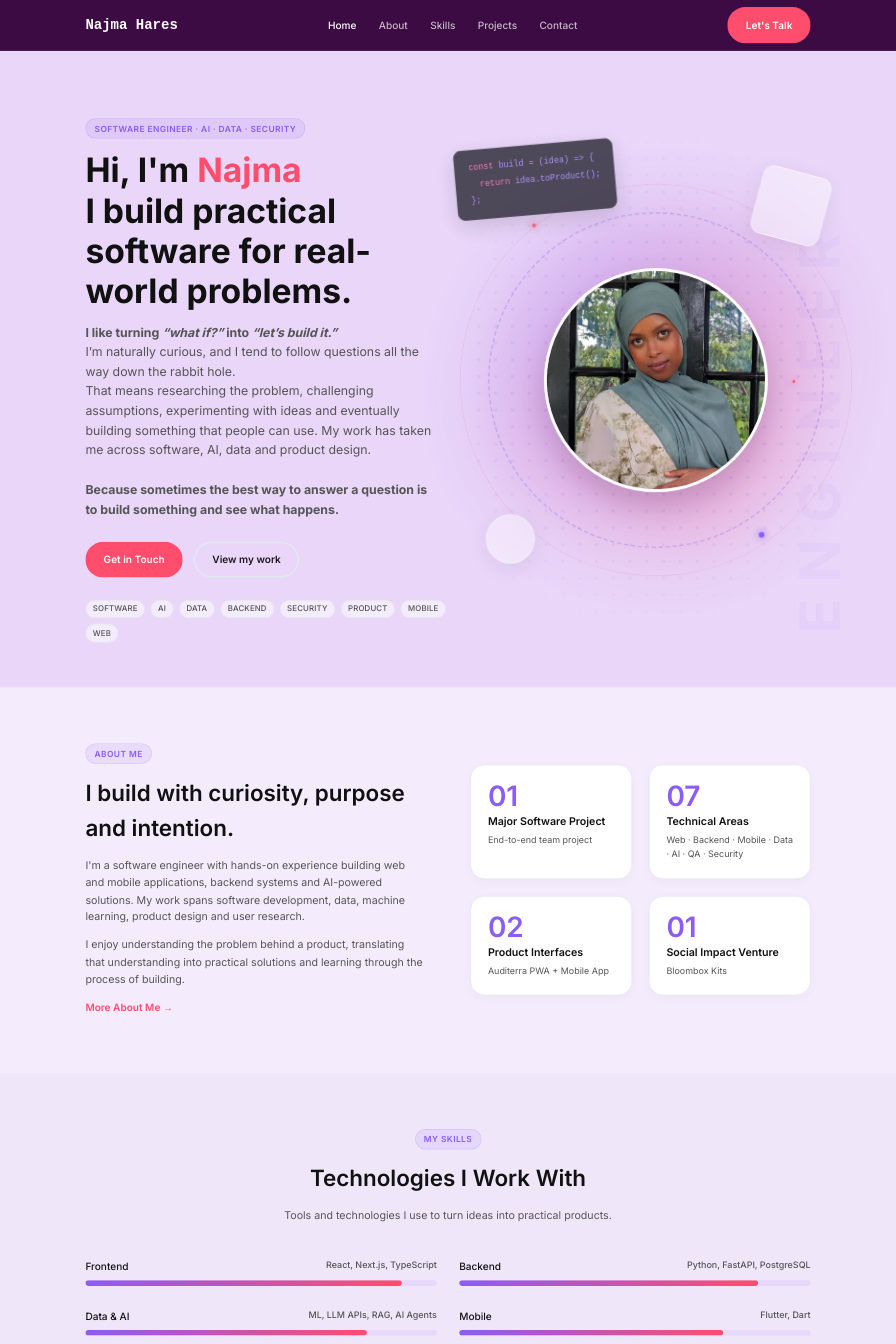
Repository: najmahares/portfolio
Page: index.html
These files come from the project's save history. The page is drawn as it stood at one moment and after the next save; the edit follows.
The browser window is 1280 px wide. The pictures show the part of the page from y = 0 to 1920 px (the page is 3469 px tall), at 70% of full size.

Above is the page before, as saved 2026-09-19 06:32:55.

### index.html
<!doctype html>
<html lang="en">
  <head>
    <meta charset="UTF-8" />
    <meta name="viewport" content="width=device-width, initial-scale=1.0" />
    <title>Najma Hares | Software Engineer</title>
    <link rel="preconnect" href="https://fonts.googleapis.com" />
    <link rel="preconnect" href="https://fonts.gstatic.com" crossorigin />
    <link
      href="https://fonts.googleapis.com/css2?family=Inter:wght@300;400;500;600;700&display=swap"
      rel="stylesheet"
    />
    <link rel="stylesheet" href="css/style.css" />
  </head>
  <body>
    <!-- Navbar -->
    <nav class="navbar">
      <div class="container nav-container">
        <a href="index.html" class="logo">Najma Hares</a>
        <div class="nav-links">
          <a href="index.html" class="active">Home</a>
          <a href="#about">About</a>
          <a href="#skills">Skills</a>
          <a href="#projects">Projects</a>
          <a href="#contact">Contact</a>
        </div>
        <a href="mailto:haresnajma@gmail.com" class="btn btn-primary magnetic"
          >Let's Talk</a
        >
      </div>
    </nav>

    <!-- Hero Section -->
    <section class="hero">
      <div class="container hero-grid">
        <div class="hero-content">
          <span class="badge reveal"
            >SOFTWARE ENGINEER · AI · DATA · SECURITY</span
          >
          <h1 class="reveal">
            Hi, I'm <span class="text-accent">Najma</span><br />I build
            practical software for real-world problems.
          </h1>
          <p class="hero-desc reveal">
            <strong
              >I like turning <i>“what if?”</i> into <i>“let’s build it.”</i>
            </strong>
            <br />
            I’m naturally curious, and I tend to follow questions all the way
            down the rabbit hole. <br />
            That means researching the problem, challenging assumptions,
            experimenting with ideas and eventually building something that
            people can use. My work has taken me across software, AI, data and
            product design.
            <br /><br />
            <strong
              >Because sometimes the best way to answer a question is to build
              something and see what happens.</strong
            >
          </p>
          <div class="hero-buttons reveal">
            <a href="#contact" class="btn btn-primary magnetic">Get in Touch</a>
            <a href="#projects" class="btn btn-outline magnetic"
              >View my work</a
            >
          </div>
          <div class="tech-stack reveal">
            <span class="badge-sm">Software</span>
            <span class="badge-sm">AI</span>
            <span class="badge-sm">Data</span>
            <span class="badge-sm">Backend</span>
            <span class="badge-sm">Security</span>
            <span class="badge-sm">Product</span>
            <span class="badge-sm">Mobile</span>
            <span class="badge-sm">Web</span>
          </div>
        </div>

                <!-- Hero Image Wrapper with Abstract Decorations -->
        <div class="hero-image-wrapper reveal">

          <!-- 1. Giant Background Typography -->
          <div class="bg-typography">ENGINEER</div>

          <!-- 2. Soft background glow -->
          <div class="image-glow-blob"></div>

          <!-- 3. Decorative concentric rings -->
          <div class="decor-ring ring-1"></div>
          <div class="decor-ring ring-2"></div>

          <!-- 4. Dot pattern -->
          <div class="decor-dot-pattern"></div>

          <!-- 5. Glassmorphism Tech Shapes -->
          <div class="glass-shape shape-square"></div>
          <div class="glass-shape shape-circle"></div>

          <!-- 6. Subtle blurred code snippet -->
          <div class="code-snippet">
            <span class="code-line"><span class="code-keyword">const</span> build = (idea) => {</span>
            <span class="code-line">&nbsp;&nbsp;<span class="code-keyword">return</span> idea.toProduct();</span>
            <span class="code-line">};</span>
          </div>

          <!-- 7. Floating Particles -->
          <div class="particle p-1"></div>
          <div class="particle p-2"></div>
          <div class="particle p-3"></div>

          <!-- The actual image -->
          <div class="avatar-graphic tilt-card">
            <img
              src="assets/portfolio_image.jpg"
              alt="Najma Hares"
              class="hero-img"
            />
          </div>
        </div>
    </section>

    <!-- About & Stats -->
    <section id="about" class="section">
      <div class="container about-grid">
        <div class="about-text reveal">
          <span class="badge">ABOUT ME</span>
          <h2>I build with curiosity, purpose and intention.</h2>
          <p>
            I'm a software engineer with hands-on experience building web and
            mobile applications, backend systems and AI-powered solutions. My
            work spans software development, data, machine learning, product
            design and user research.
          </p>
          <p>
            I enjoy understanding the problem behind a product, translating that
            understanding into practical solutions and learning through the
            process of building.
          </p>
          <a href="#" class="link-arrow">More About Me →</a>
        </div>
        <div class="stats-grid">
          <div class="card stat-card reveal tilt-card">
            <h3>01</h3>
            <p>Major Software Project</p>
            <span class="stat-sub">End-to-end team project</span>
          </div>
          <div class="card stat-card reveal tilt-card">
            <h3>07</h3>
            <p>Technical Areas</p>
            <span class="stat-sub"
              >Web · Backend · Mobile · Data · AI · QA · Security</span
            >
          </div>
          <div class="card stat-card reveal tilt-card">
            <h3>02</h3>
            <p>Product Interfaces</p>
            <span class="stat-sub">Auditerra PWA + Mobile App</span>
          </div>
          <div class="card stat-card reveal tilt-card">
            <h3>01</h3>
            <p>Social Impact Venture</p>
            <span class="stat-sub">Bloombox Kits</span>
          </div>
        </div>
      </div>
    </section>

    <!-- Skills -->
    <section id="skills" class="section bg-alt">
      <div class="container">
        <div class="section-header reveal">
          <span class="badge">MY SKILLS</span>
          <h2>Technologies I Work With</h2>
          <p>
            Tools and technologies I use to turn ideas into practical products.
          </p>
        </div>
        <div class="skills-grid">
          <div class="skill-item reveal">
            <div class="skill-info">
              <span>Frontend</span><span>React, Next.js, TypeScript</span>
            </div>
            <div class="progress-bar">
              <div class="progress" style="width: 90%"></div>
            </div>
          </div>
          <div class="skill-item reveal">
            <div class="skill-info">
              <span>Backend</span><span>Python, FastAPI, PostgreSQL</span>
            </div>
            <div class="progress-bar">
              <div class="progress" style="width: 85%"></div>
            </div>
          </div>
          <div class="skill-item reveal">
            <div class="skill-info">
              <span>Data & AI</span><span>ML, LLM APIs, RAG, AI Agents</span>
            </div>
            <div class="progress-bar">
              <div class="progress" style="width: 80%"></div>
            </div>
          </div>
          <div class="skill-item reveal">
            <div class="skill-info">
              <span>Mobile</span><span>Flutter, Dart</span>
            </div>
            <div class="progress-bar">
              <div class="progress" style="width: 75%"></div>
            </div>
          </div>
          <div class="skill-item reveal">
            <div class="skill-info">
              <span>Testing</span><span>Jest, Cypress, Playwright</span>
            </div>
            <div class="progress-bar">
              <div class="progress" style="width: 85%"></div>
            </div>
          </div>
          <div class="skill-item reveal">
            <div class="skill-info">
              <span>Product & UX</span><span>Figma, UX Research, Jira</span>
            </div>
            <div class="progress-bar">
              <div class="progress" style="width: 80%"></div>
            </div>
          </div>
        </div>
      </div>
    </section>

    <!-- Recent Work -->
    <section id="projects" class="section">
      <div class="container">
        <div class="section-header reveal">
          <span class="badge">FEATURED PROJECT</span>
          <h2>Some of My Recent Work</h2>
          <p>A selection of projects I've built recently.</p>
        </div>
        <div class="projects-grid">
          <!-- Project 1 -->
          <a href="project.html" class="card project-card reveal tilt-card">
            <div class="project-img placeholder-1"></div>
            <div class="project-info">
              <span class="badge-sm">FEATURED PROJECT</span>
              <h3>Auditerra</h3>
              <p class="project-subtitle">
                Land Restoration Monitoring Platform
              </p>
              <p class="project-desc">
                A two-interface platform connecting field experts with
                smallholder farmers.
              </p>
              <div class="project-tags">
                <span class="badge-sm">React</span>
                <span class="badge-sm">Flutter</span>
                <span class="badge-sm">Gemini</span>
              </div>
            </div>
          </a>
          <!-- Project 2 -->
          <a href="project.html" class="card project-card reveal tilt-card">
            <div class="project-img placeholder-2"></div>
            <div class="project-info">
              <span class="badge-sm">SOCIAL IMPACT PROJECT</span>
              <h3>Bloombox Kits</h3>
              <p class="project-subtitle">Portable Beauty-Kit Venture</p>
              <p class="project-desc">
                A portable beauty-kit venture supporting girls' education.
              </p>
              <div class="project-tags">
                <span class="badge-sm">Entrepreneurship</span>
                <span class="badge-sm">Social Impact</span>
              </div>
            </div>
          </a>
          <!-- Project 3 -->
          <a href="project.html" class="card project-card reveal tilt-card">
            <div class="project-img placeholder-3"></div>
            <div class="project-info">
              <span class="badge-sm">DATA & MACHINE LEARNING</span>
              <h3>Machine Learning Project</h3>
              <p class="project-subtitle">[Actual Project Name]</p>
              <p class="project-desc">
                A machine-learning project focused on solving real-world data
                problems.
              </p>
              <div class="project-tags">
                <span class="badge-sm">Python</span>
                <span class="badge-sm">ML</span>
              </div>
            </div>
          </a>
        </div>
      </div>
    </section>

    <!-- Footer -->
    <footer id="contact" class="footer">
      <div class="container footer-grid">
        <div class="footer-cta reveal">
          <span class="badge">LET'S WORK TOGETHER</span>
          <h2>Have an idea worth building?</h2>
          <p>
            I'm always interested in learning, building and working on problems
            where technology can create meaningful value.
          </p>
          <a href="mailto:haresnajma@gmail.com" class="btn btn-primary magnetic"
            >Let's Talk</a
          >
        </div>
        <div class="footer-info reveal">
          <div class="card personal-card">
            <span class="badge-sm">CURRENTLY</span>
            <h3>Building & learning</h3>
            <p><strong>Najma Hares</strong><br />Software Engineer</p>
            <div class="personal-focus">
              <span>Software Engineering</span>
              <span>AI & Data</span>
              <span>Product Development</span>
            </div>
          </div>
          <div class="social-links">
            <h4>Follow Me</h4>
            <a href="#">GitHub</a>
            <a href="#">LinkedIn</a>
            <a href="mailto:haresnajma@gmail.com">haresnajma@gmail.com</a>
          </div>
        </div>
      </div>
      <div class="container footer-bottom">
        <p>&copy; 2026 Najma Hares Muhumed. All rights reserved.</p>
        <p>Made with ❤️ by Najma</p>
      </div>
    </footer>

    <script src="js/main.js"></script>
  </body>
</html>

Loaded but not shown: js/main.js (72 lines, source omitted); css/style.css (1095 lines, source omitted)

After the next save:
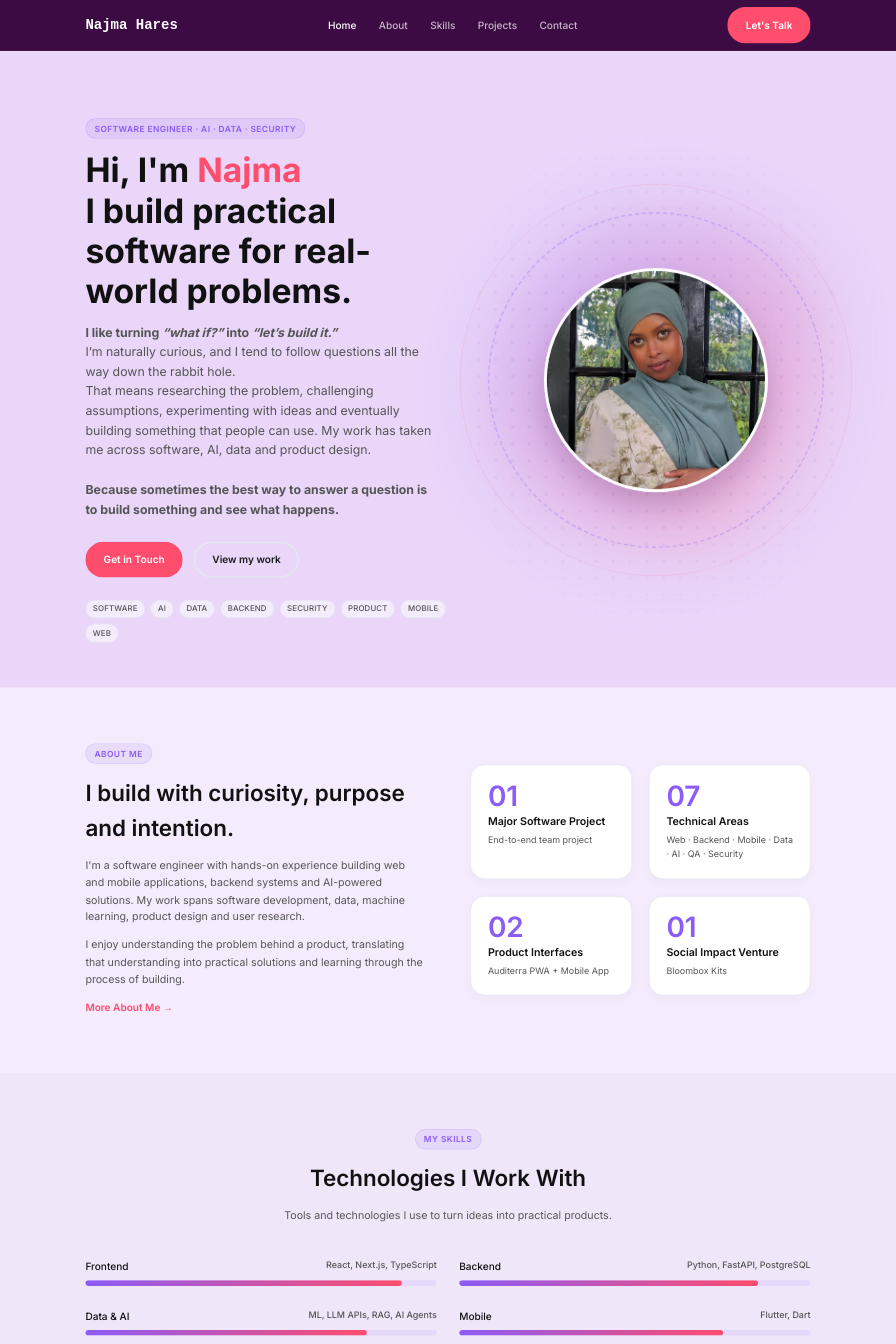
Saved 2 min 44 s later.
--- a/index.html
+++ b/index.html
@@ -76,37 +76,15 @@
           </div>
         </div>
 
-                <!-- Hero Image Wrapper with Abstract Decorations -->
+        <!-- Hero Image Wrapper with Abstract Decorations -->
         <div class="hero-image-wrapper reveal">
-
-          <!-- 1. Giant Background Typography -->
-          <div class="bg-typography">ENGINEER</div>
-
-          <!-- 2. Soft background glow -->
+          <!-- Soft background glow -->
           <div class="image-glow-blob"></div>
 
-          <!-- 3. Decorative concentric rings -->
+          <!-- Decorative concentric rings -->
           <div class="decor-ring ring-1"></div>
           <div class="decor-ring ring-2"></div>
-
-          <!-- 4. Dot pattern -->
           <div class="decor-dot-pattern"></div>
-
-          <!-- 5. Glassmorphism Tech Shapes -->
-          <div class="glass-shape shape-square"></div>
-          <div class="glass-shape shape-circle"></div>
-
-          <!-- 6. Subtle blurred code snippet -->
-          <div class="code-snippet">
-            <span class="code-line"><span class="code-keyword">const</span> build = (idea) => {</span>
-            <span class="code-line">&nbsp;&nbsp;<span class="code-keyword">return</span> idea.toProduct();</span>
-            <span class="code-line">};</span>
-          </div>
-
-          <!-- 7. Floating Particles -->
-          <div class="particle p-1"></div>
-          <div class="particle p-2"></div>
-          <div class="particle p-3"></div>
 
           <!-- The actual image -->
           <div class="avatar-graphic tilt-card">
@@ -117,6 +95,7 @@
             />
           </div>
         </div>
+      </div>
     </section>
 
     <!-- About & Stats -->
